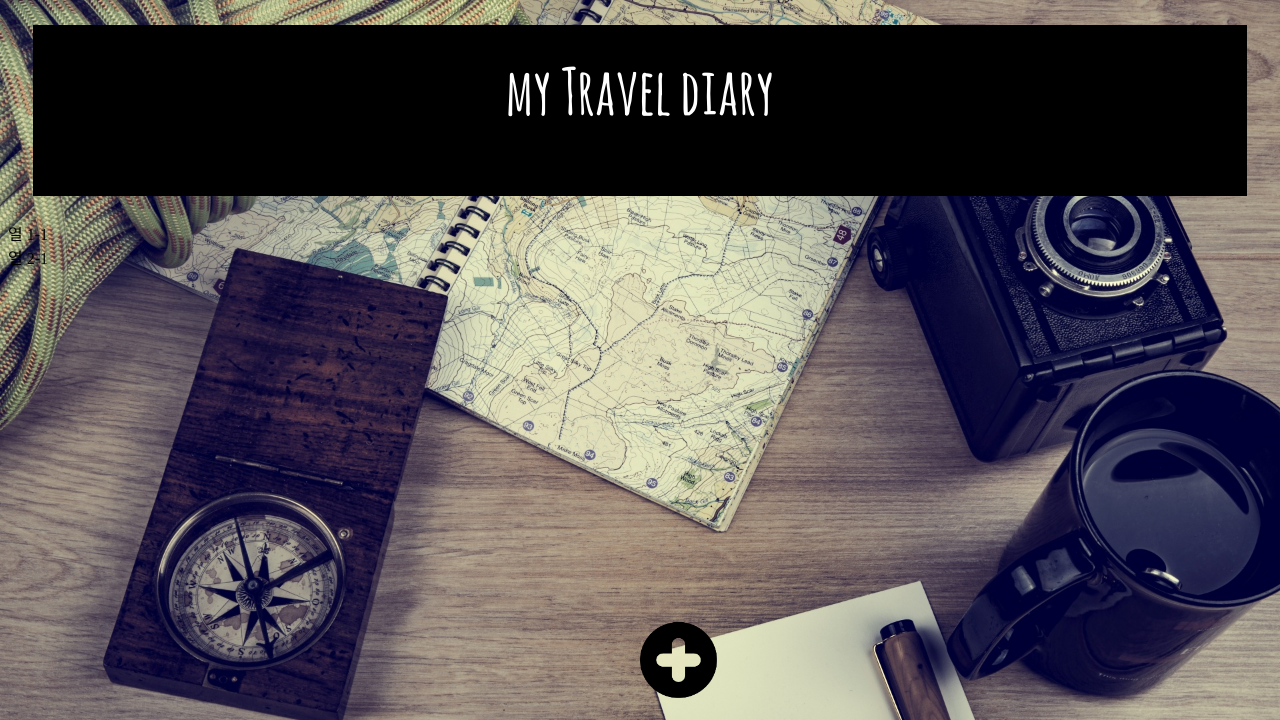
Repository: minkyung0421/jsp_travel_project
Page: http://localhost/Travel_Project/
The author's editor kept a copy of each file at every save. The page is drawn from the files as they stood at one save, then again after the next save.
The browser window is 1280 px wide. The pictures show the whole page.
The page is served by Tomcat 9.

Above is the page before, as saved 2018-08-21 05:23:42.

After the next save:
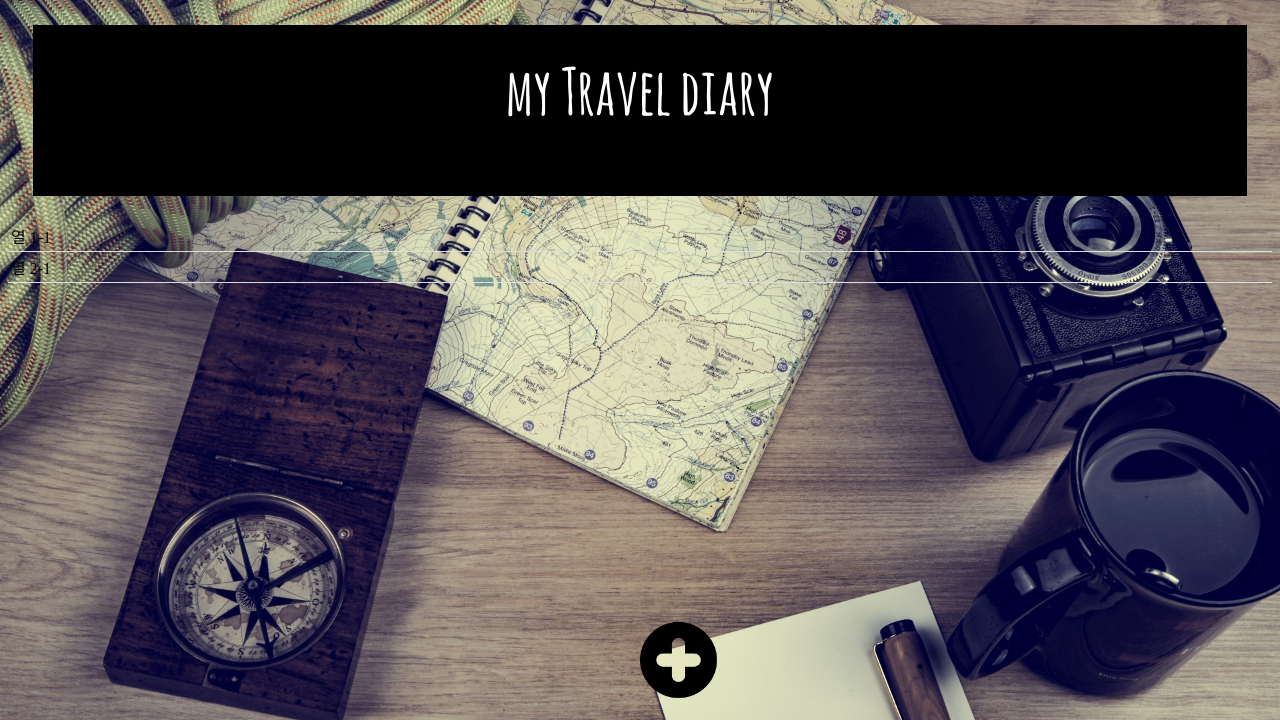
Saved 14 s later.
--- a/jsp_travel_project/Travel_Project/WebContent/index.jsp
+++ b/jsp_travel_project/Travel_Project/WebContent/index.jsp
@@ -69,6 +69,15 @@ table{
 	</tr>
 </table> -->
 
+<style>
+#table {display: table; width: 100%;}
+.row {display: table-row;}
+.cell {display: table-cell; padding: 3px; border-bottom: 1px solid #DDD;}
+.col1 { width: 20%;}
+.col2 {width: 20%;}
+.col3 {width: 40%;}
+.col4 {width: 20%;}
+</style>
 <div id="table">
 <div class="row">
 <span class="cell col1">열 1-1</span>
